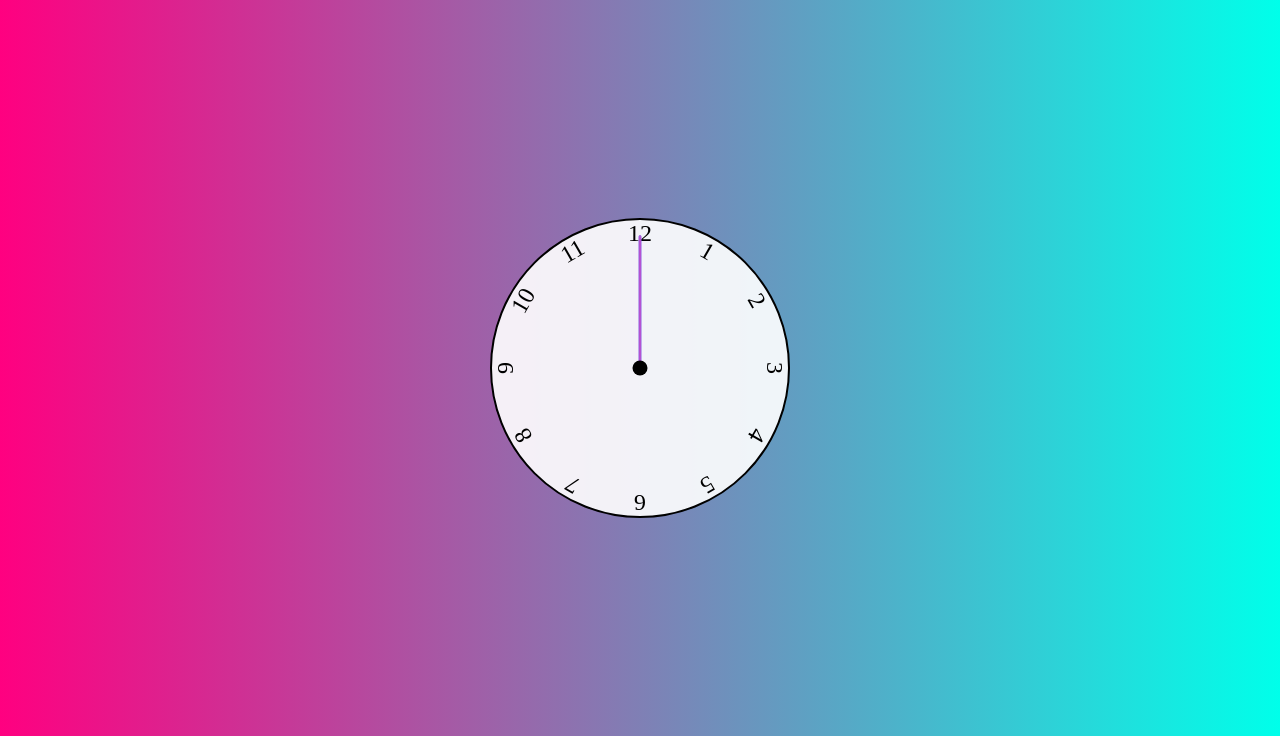
Repository: TUTJAL/createmywatch
Page: watch.html
An editor plug-in stored every save of this project. The page is shown before and after a run of saves, followed by the edit.
The browser window is 1280 px wide. The pictures show the whole page.

Above is the page before, as saved 2024-05-01 12:43:31.

### watch.html
<!DOCTYPE html>
<html lang="en">
<head>
    <meta charset="UTF-8">
    <meta name="viewport" content="width=device-width, initial-scale=1.0">
    <title>Document</title>
    <script defer src="watch.js"></script>
    <link rel="stylesheet" href="watch.css">
</head>
<body>
    <div class="clock">
        <div class="hand hour"data-hour-hand></div>
        <div class="hand minute"data-minute-hand></div>
        <div class="hand second"data-second-hand></div>
        <div class="number number1">1</div>
        <div class="number number2">2</div>
        <div class="number number3">3</div>
        <div class="number number4">4</div>
        <div class="number number5">5</div>
        <div class="number number6">6</div>
        <div class="number number7">7</div>
        <div class="number number8">8</div>
        <div class="number number9">9</div>
        <div class="number number10">10</div>
        <div class="number number11">11</div>
        <div class="number number12">12</div>

    </div>

</body>
</html>

### watch.css
*, *::after,*::before{
    box-sizing: border-box;
    font-family: 'Times New Roman', Times, serif;
}
body{
    background: linear-gradient(to right,rgb(255,0,128),hsl(175,100%,50%));
    display: flex;
    justify-content: center;
    align-items: center;
    min-height: 100vh;
    overflow: hidden;
}
.clock{
    width: 300px;
    height: 300px;
    background-color: rgba(255,255,255,.9);
    border-radius: 50%;
    border: 2px solid black;
    position: relative;
}
.clock .number{
    --rotation: 0;
    position: absolute;
    width: 100%;
    height: 100%;
    text-align: center;
    transform: rotate(var(--rotation));
    font-size: 1.5rem;
}

    .clock .number1 {--rotation:30deg}
    .clock .number2 {--rotation:60deg}
    .clock .number3 {--rotation:90deg}
    .clock .number4 {--rotation:120deg}
    .clock .number5 {--rotation:150deg}
    .clock .number6 {--rotation:180deg}
    .clock .number7 {--rotation:210deg}
    .clock .number8 {--rotation:240deg}
    .clock .number9 {--rotation:270deg}
    .clock .number10 {--rotation:300deg}
    .clock .number11 {--rotation:330deg}


.clock .hand{
--rotation: 0;
position: absolute;
bottom: 50%;
left: 50%;
background-color: black;
border:1px solid rgb(136, 99, 224);
border-top-left-radius: 10px;
border-top-right-radius: 10px;
transform-origin: bottom;
z-index: 10;
transform: translateX(-50%)rotate(calc(var(--rotation)*1deg));

}
.clock::after{
    content: '';
    position: absolute;
    background-color: black;
    z-index: 11;
    width: 15px;
    height:15px;
    top: 50%;
    left: 50%;
    transform: translate(-50%, -50%);
    border-radius: 50%;
}
.clock .hand.second{
    width: 3px;
    height: 45%;
    background-color: rgb(221,65,198);
}
.clock.hand.minute{
    width: 7px;
    height: 40%;
    border-color: rgb(69,19,187);

}
.clock.hand.hour{
    width: 10px;
    height: 35%;
    background-color: rgb(166,209,9);
}
.header{
    font-family: 'Courier New', Courier, monospace;
    text-align: center;
    text-transform: capitalize;
    width: 100px;
    background-color: blueviolet;
    position: top;
}

Loaded but not shown: watch.js (no stored copy; drawn as an empty file)

After the next 2 saves:
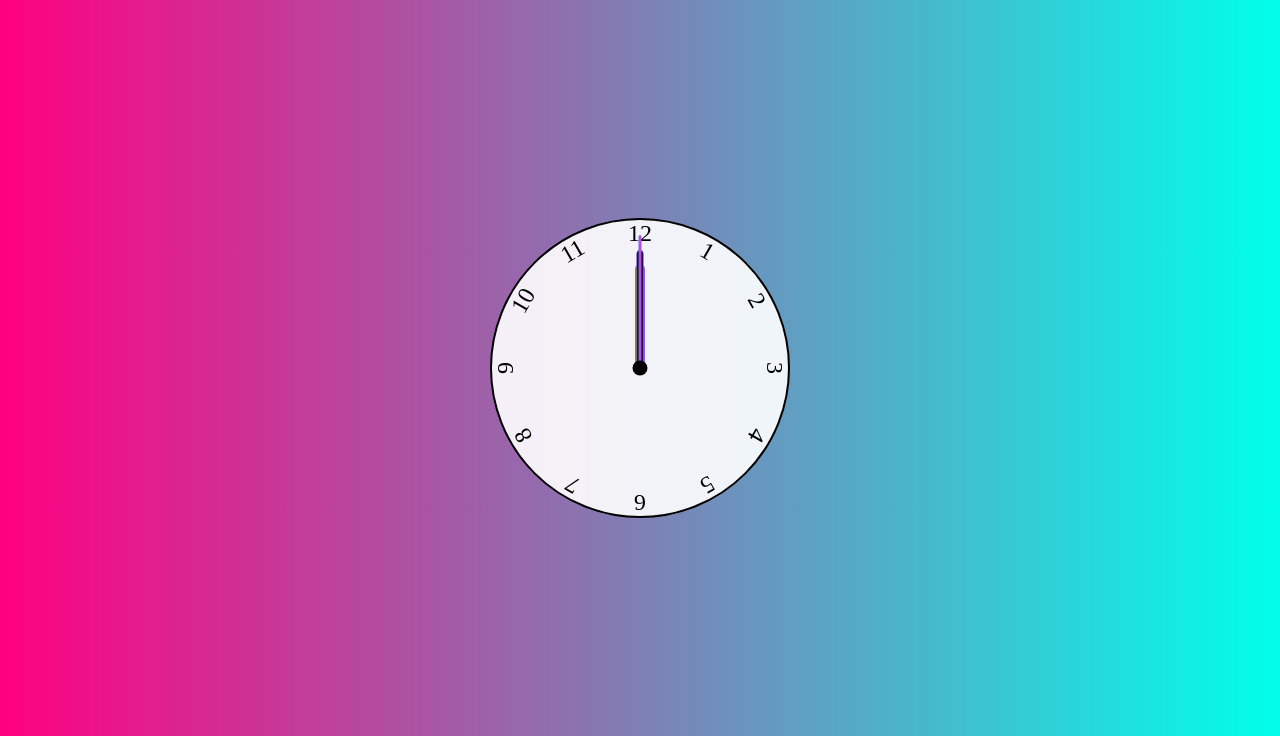
The 2 saves are shown as one change because they came seconds apart.
The last was saved 7 s later.
--- a/watch.css
+++ b/watch.css
@@ -72,13 +72,13 @@ transform: translateX(-50%)rotate(calc(var(--rotation)*1deg));
     height: 45%;
     background-color: rgb(221,65,198);
 }
-.clock.hand.minute{
+.clock .hand.minute{
     width: 7px;
     height: 40%;
     border-color: rgb(69,19,187);
 
 }
-.clock.hand.hour{
+.clock .hand.hour{
     width: 10px;
     height: 35%;
     background-color: rgb(166,209,9);
